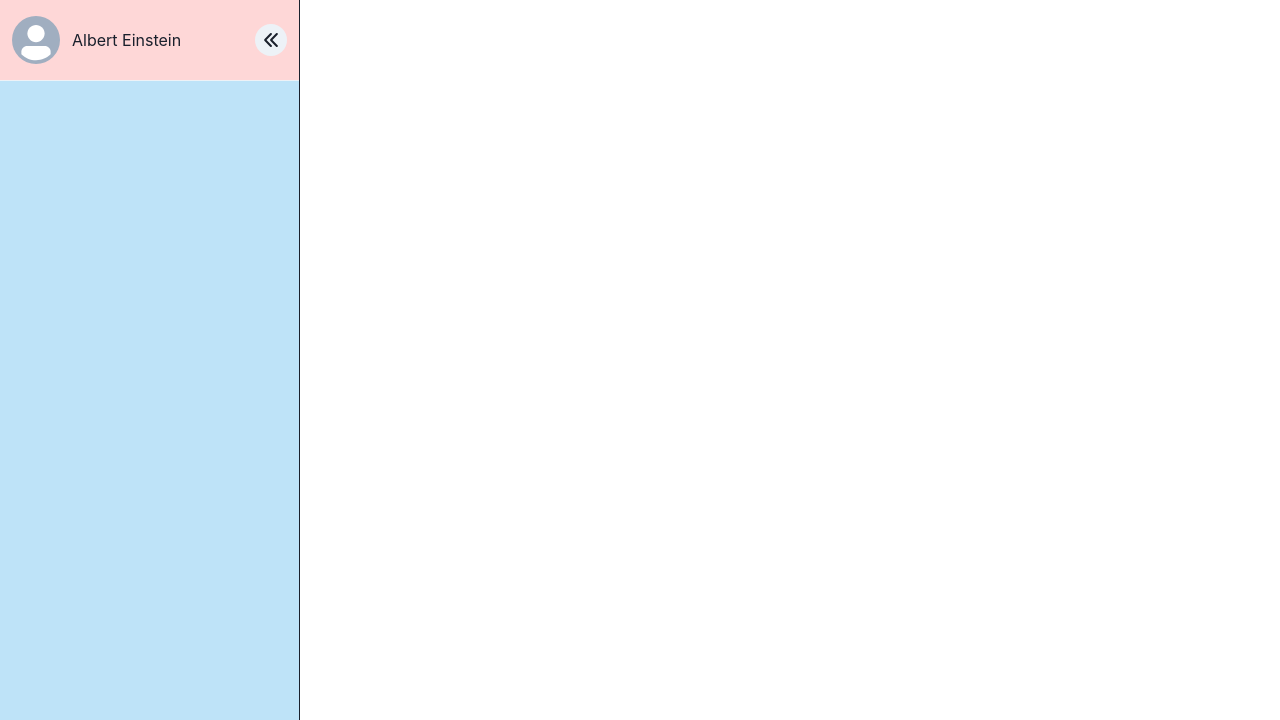
Repository: Siva20021/chat-app
Page: /
These files come from the project's save history. The page is drawn as it stood at one moment and after the next save; the edit follows.
The browser window is 1280 px wide. The pictures show the whole page.
The project was rebuilt for these pictures with package versions that can differ from the ones it lists, and the page was loaded fresh each time. The framework's server and built-in components were replaced by stand-ins that run in the browser. Also part of the build but not shown: next.config.js, components/Login.js.

Above is the page before, as saved 2022-06-05 12:03:49.

### pages/_app.js
import { ChakraProvider } from "@chakra-ui/react"
import Login from "../components/Login"
import Sidebar from "../components/Sidebar"


function MyApp({ Component, pageProps }) {
  //return <Component {...pageProps} />
  return(
    <ChakraProvider>
      <Sidebar/>
    </ChakraProvider>
  )
}

export default MyApp

### pages/index.js
import Head from 'next/head'


export default function Home() {
  return (
    <div>
      <Head>
        <title>Create Next App</title>
        <meta name="description" content="Generated by create next app" />
        <link rel="icon" href="/favicon.ico" />
      </Head>
    </div>
  )
}

### components/Sidebar.js
import { ArrowLeftIcon } from '@chakra-ui/icons'
import { Avatar, Flex, IconButton, Text } from '@chakra-ui/react'
import React from 'react'

export default function Sidebar() {
  return (
    <Flex
        bg="blue.100"
        w="300px"
        h="100vh"
        borderEnd="1px solid"
        borderColors="gray.200"
    >
        <Flex
            bg="red.100"
            h="81px" w="100%"
            align="center"
            justifyContent="space-between"
            borderBottom="1px solid" borderColor="gray.100"
            p={3}

        >
            <Flex align="center">
                <Avatar src="" marginEnd={3} />
                <Text>Albert Einstein</Text>
            </Flex>

            <IconButton size="sm" isRound icon={<ArrowLeftIcon/>}/>
        </Flex>
    </Flex>
  )
}

After the next save:
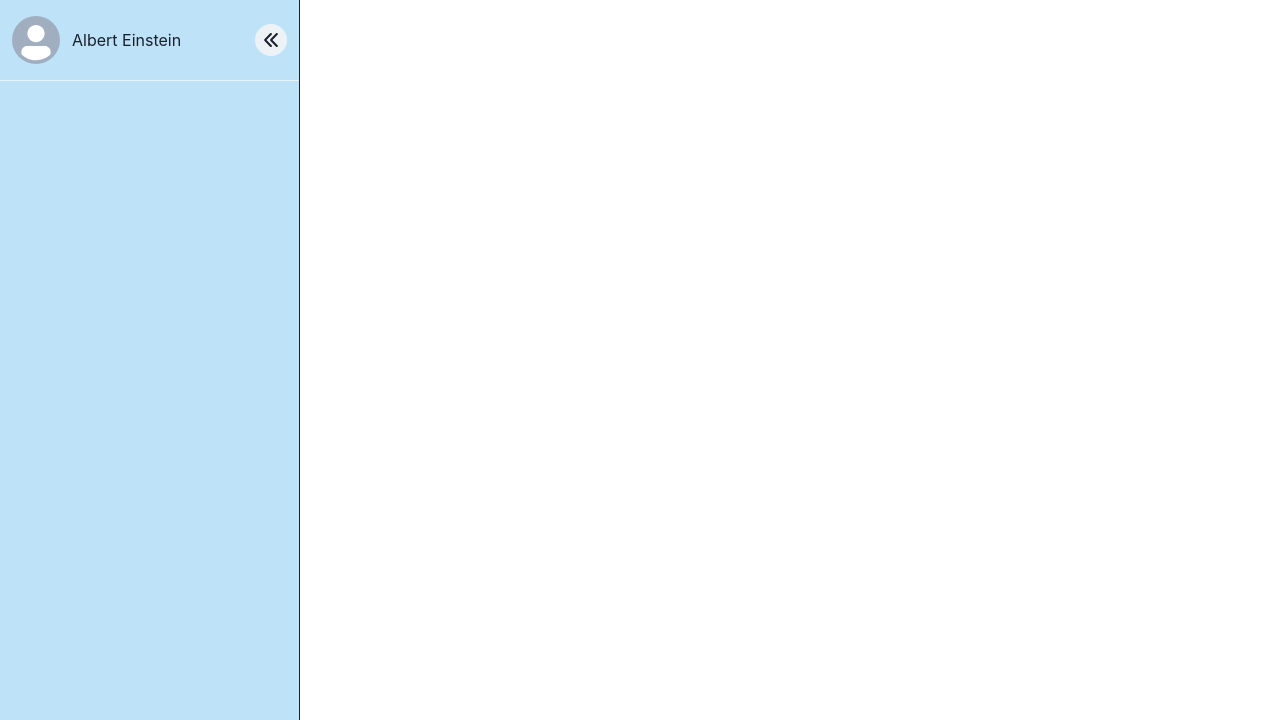
Saved 4 s later.
--- a/components/Sidebar.js
+++ b/components/Sidebar.js
@@ -12,7 +12,7 @@ export default function Sidebar() {
         borderColors="gray.200"
     >
         <Flex
-            bg="red.100"
+            //bg="red.100"
             h="81px" w="100%"
             align="center"
             justifyContent="space-between"
